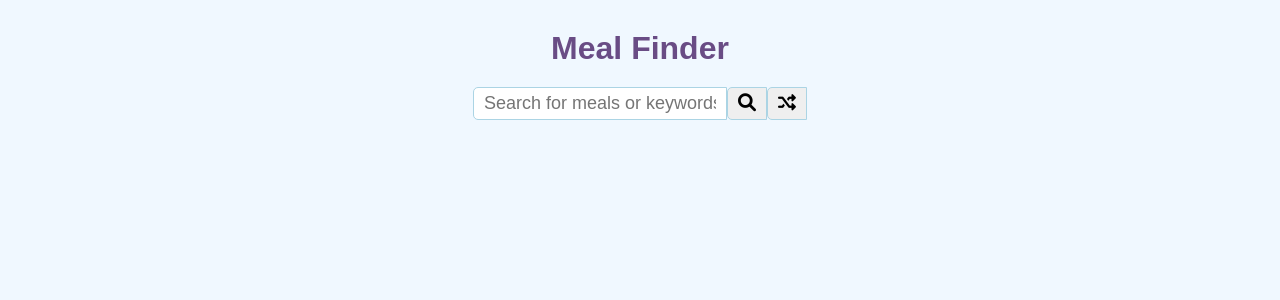
Repository: AbrorjonKuchkarov/search-meal
Page: index.html
An editor plug-in stored every save of this project. The page is shown before and after a run of saves, followed by the edit.
The browser window is 1280 px wide. The pictures show the whole page.

Above is the page before, as saved 2022-02-24 23:19:46.

### index.html
<!DOCTYPE html>
<html lang="en">
<head>
   <meta charset="UTF-8">
   <meta http-equiv="X-UA-Compatible" content="IE=edge">
   <meta name="viewport" content="width=device-width, initial-scale=1.0">
   <link rel="stylesheet" href="style.css">
   <link rel="stylesheet" href="https://cdnjs.cloudflare.com/ajax/libs/font-awesome/6.0.0/css/all.min.css">
   <title>Meal Finder</title>
</head>
<body>
   <div class="container">
      <h1>Meal Finder</h1>
      <div class="flex">
         <form id="submit" class="flex" >
            <input type="text" class="search" placeholder="Search for meals or keywords">
            <button id="searchBtn" type="submit" >
               <i class="fas fa-search"></i>
            </button>
         </form>
         <button class="randomBtn" id="random">
            <i class="fas fa-random"></i>
         </button>
      </div>

      <div id="result-handling"></div>
      <div id="meals" class="meals"></div>
      <div id="single-meal"></div>
   </div>


<script src="app.js"></script>
</body>
</html>

### style.css
*{
   box-sizing: border-box;
   margin: 0;
}

body{
   font-family: Arial, Helvetica, sans-serif;
   background-color: aliceblue;
   padding: 10px;
   color: rgb(105, 76, 133);
}

.container{
   margin: auto;
   max-width: 800px;
   display: flex;
   flex-direction: column;
   align-items: center;
   justify-content: center;
   text-align: center;
}

.flex{
   display: flex;
}

h1{
   margin: 20px 0;
}

input, button{
   margin: 0;
   border: 1px solid rgb(171, 212, 228);
   border-top-left-radius: 5px;
   border-bottom-left-radius: 5px;
   padding: 5px 10px;
   font-size: 18px;

}

Loaded but not shown: app.js (no copy from this time; the picture is the same without it)

After the next 2 saves:
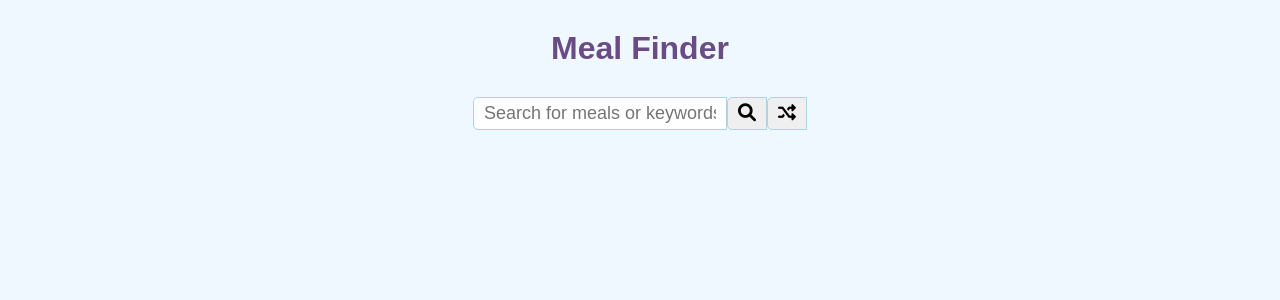
The 2 saves are shown as one change because they came seconds apart.
The last was saved 12 s later.
--- a/style.css
+++ b/style.css
@@ -25,7 +25,7 @@ body{
 }
 
 h1{
-   margin: 20px 0;
+   margin: 20px 0 30px 0;
 }
 
 input, button{
